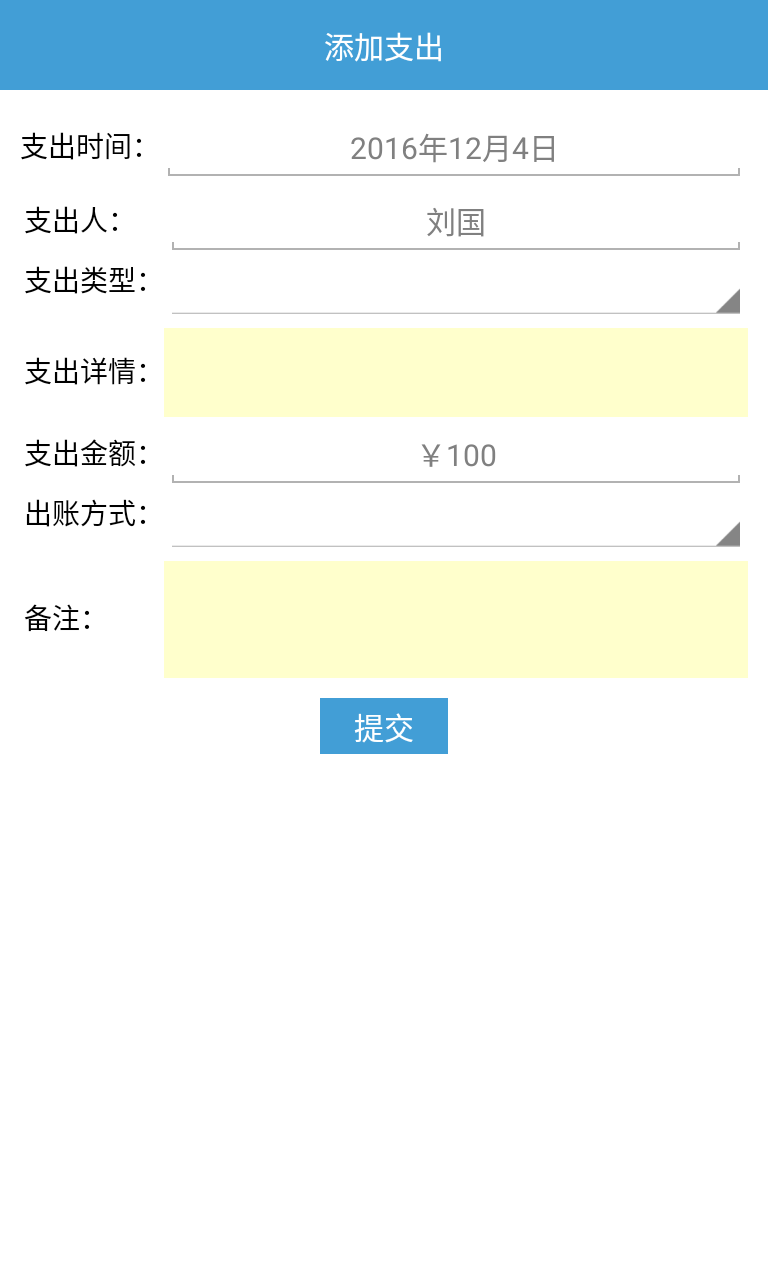
Repository: MySixGad/MyBill
Layout: Bill/Bill/res/layout/activity_inset_out_rmb.xml
These files come from the project's save history. The layout is drawn as it stood at one moment and after the next save; the edit follows.
It is drawn on a 768 x 1280 px phone screen (xhdpi) without system bars, with theme AppTheme; the app's code is not run.

Above is the layout before, as saved 2016-12-09 16:27:12.

### Bill/Bill/res/layout/activity_inset_out_rmb.xml
<LinearLayout xmlns:android="http://schemas.android.com/apk/res/android"
    xmlns:tools="http://schemas.android.com/tools"
    android:layout_width="match_parent"
    android:layout_height="match_parent"
    android:orientation="vertical"
    tools:context=".Inset_inRMBActivity" >

    <TextView
        android:id="@+id/textView1"
        style="@style/Title_1"
        android:text="添加支出" />

    <LinearLayout
        android:layout_width="match_parent"
        android:layout_height="wrap_content"
        android:layout_marginLeft="10dp"
        android:layout_marginRight="10dp"
        android:layout_marginTop="10dp"
        android:orientation="vertical" >

        <LinearLayout
            android:layout_width="match_parent"
            android:layout_height="wrap_content"
            android:orientation="horizontal" >

            <TextView
                android:id="@+id/textView2"
                android:layout_width="70dp"
                android:layout_height="wrap_content"
                android:text="支出时间："
                android:textColor="#000" />

            <EditText
                android:id="@+id/textView2"
                android:layout_width="match_parent"
                android:layout_height="wrap_content"
                android:ems="10"
                android:gravity="center"
                android:hint="2016年12月4日"
                android:inputType="textMultiLine"
                android:textColor="#000"
                android:textSize="15dp" >
            </EditText>
        </LinearLayout>

        <!-- 第二行 -->

        <LinearLayout
            android:layout_width="match_parent"
            android:layout_height="wrap_content"
            android:layout_marginLeft="2dp"
            android:orientation="horizontal" >

            <TextView
                android:id="@+id/textView2"
                android:layout_width="70dp"
                android:layout_height="wrap_content"
                android:text="支出人："
                android:textColor="#000" />

            <EditText
                android:id="@+id/textView2"
                android:layout_width="match_parent"
                android:layout_height="wrap_content"
                android:ems="10"
                android:gravity="center"
                android:hint="刘国"
                android:inputType="textMultiLine"
                android:textColor="#000"
                android:textSize="15dp" >
            </EditText>
        </LinearLayout>

        <LinearLayout
            android:layout_width="match_parent"
            android:layout_height="wrap_content"
            android:layout_marginLeft="2dp"
            android:orientation="horizontal" >

            <TextView
                android:id="@+id/textView2"
                android:layout_width="wrap_content"
                android:layout_height="wrap_content"
                android:gravity="center"
                android:text="支出类型："
                android:textColor="#000" />

            <Spinner
                android:id="@+id/in_sos"
                android:layout_width="match_parent"
                android:layout_height="wrap_content"
                android:gravity="center" />
        </LinearLayout>

        <LinearLayout
            android:layout_width="match_parent"
            android:layout_height="wrap_content"
            android:layout_marginLeft="2dp"
                        android:layout_marginTop="3dp"
            android:orientation="horizontal" >

            <TextView
                android:id="@+id/textView2"
                android:layout_width="70dp"
                android:layout_height="wrap_content"
                android:text="支出详情："
                android:textColor="#000" />

            <EditText
                android:id="@+id/textView2"
                android:layout_width="match_parent"
                android:layout_height="wrap_content"
                android:background="#ffffcc"
                android:inputType="textMultiLine"
                android:maxLines="10"
                android:minLines="3"
                android:scrollbars="vertical"
                android:textColor="#000"
                android:textSize="12dp" />
        </LinearLayout>

        <LinearLayout
            android:layout_width="match_parent"
            android:layout_height="wrap_content"
            android:layout_marginLeft="2dp"
            android:orientation="horizontal" >

            <TextView
                android:id="@+id/textView2"
                android:layout_width="70dp"
                android:layout_height="wrap_content"
                android:text="支出金额："
                android:textColor="#000" />

            <EditText
                android:id="@+id/textView2"
                android:layout_width="match_parent"
                android:layout_height="wrap_content"
                android:gravity="center"
                android:hint="￥100"
                android:inputType="textMultiLine"
                android:textColor="#000"
                android:textSize="15dp" />
        </LinearLayout>

        <LinearLayout
            android:layout_width="match_parent"
            android:layout_height="wrap_content"
            android:layout_marginLeft="2dp"
            android:orientation="horizontal" >

            <TextView
                android:id="@+id/textView2"
                android:layout_width="wrap_content"
                android:layout_height="wrap_content"
                android:gravity="center"
                android:text="出账方式："
                android:textColor="#000" />

            <Spinner
                android:id="@+id/in_way"
                android:layout_width="match_parent"
                android:layout_height="wrap_content"
                android:gravity="center" />
        </LinearLayout>

        <LinearLayout
            android:layout_width="match_parent"
            android:layout_height="wrap_content"
            android:layout_marginLeft="2dp"
                        android:layout_marginTop="3dp"
            android:orientation="horizontal" >

            <TextView
                android:id="@+id/textView2"
                android:layout_width="70dp"
                android:layout_height="wrap_content"
                android:text="备注："
                android:textColor="#000" />

            <EditText
                android:id="@+id/textView2"
                android:layout_width="match_parent"
                android:layout_height="wrap_content"
                android:background="#ffffcc"
                android:inputType="textMultiLine"
                android:maxLines="10"
                android:minLines="4"
                android:scrollbars="vertical"
                android:textColor="#000"
                android:textSize="12dp" />
        </LinearLayout>
    </LinearLayout>

    <Button
        android:id="@+id/button1"
        style="@style/Title_1"
        android:layout_width="wrap_content"
        android:layout_height="28dp"
        android:layout_gravity="center"
        android:layout_marginTop="10dp"
        android:text="提交" />

</LinearLayout>

### Bill/Bill/res/values/styles.xml
<resources>

    <style name="AppBaseTheme" parent="android:Theme.Light"></style>

    <style name="AppTheme" parent="AppBaseTheme"></style>

    <style name="Title_1">
        <item name="android:gravity">center</item>
        <item name="android:textColor">#fff</item>
        <item name="android:textSize">15sp</item>
        <item name="android:layout_width">match_parent</item>
        <item name="android:layout_height">45dp</item>
        <item name="android:background">#429ED6</item>
    </style>

     <style name="Button_1">
        <item name="android:textColor">#fff</item>
        <item name="android:textSize">12sp</item>
        <item name="android:background">#429ED6</item>
    </style>


       <!-- 覆盖系统的 -->
    <!-- 归属地风格dialog的样式 -->
    <style name="addrdialog" parent="@android:style/Theme.Dialog">
        <item name="android:windowNoTitle">true</item>
        <!-- 去标题栏 -->
        <item name="android:windowBackground">@android:color/white</item>
    </style>




</resources>

Loaded but not shown: Bill/Bill/res/values-v11/styles.xml (common file); Bill/Bill/res/values-v14/styles.xml (common file)

After the next save:
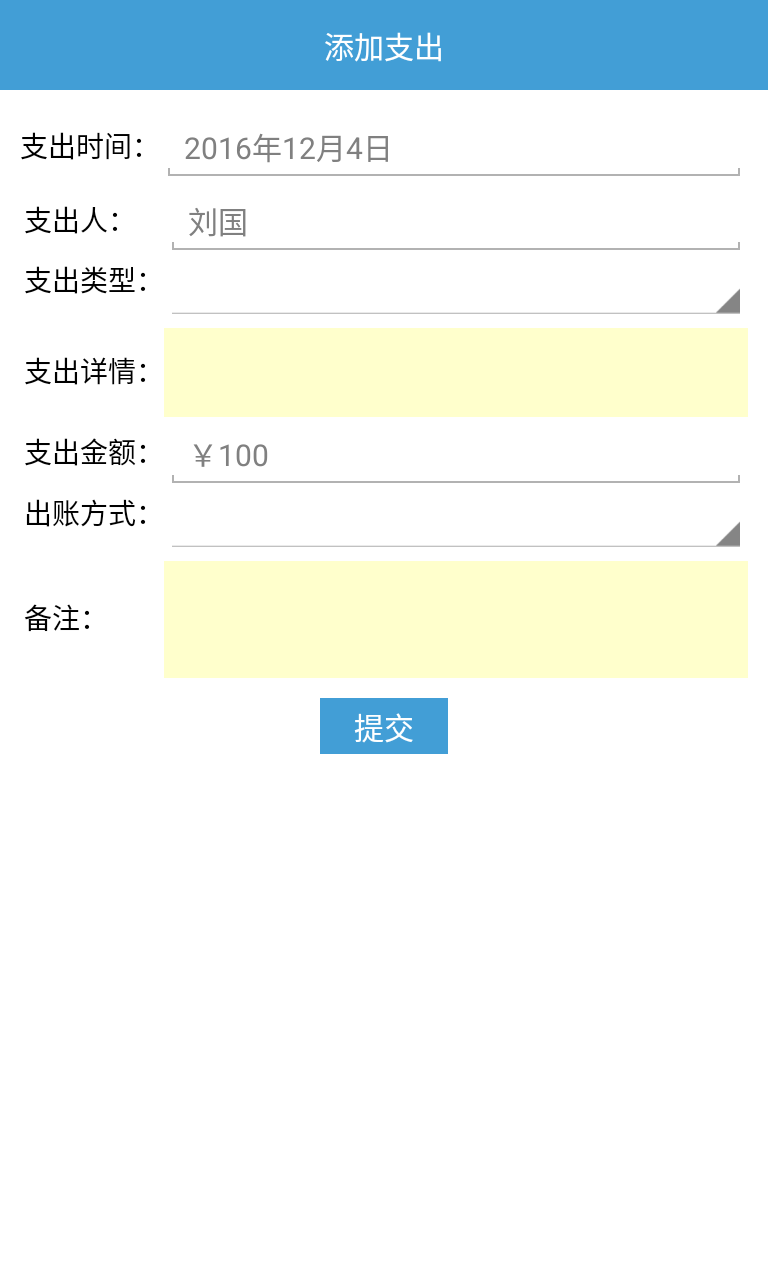
Saved 5 min 35 s later.
--- a/Bill/Bill/res/layout/activity_inset_out_rmb.xml
+++ b/Bill/Bill/res/layout/activity_inset_out_rmb.xml
@@ -35,7 +35,6 @@
                 android:layout_width="match_parent"
                 android:layout_height="wrap_content"
                 android:ems="10"
-                android:gravity="center"
                 android:hint="2016年12月4日"
                 android:inputType="textMultiLine"
                 android:textColor="#000"
@@ -63,7 +62,6 @@
                 android:layout_width="match_parent"
                 android:layout_height="wrap_content"
                 android:ems="10"
-                android:gravity="center"
                 android:hint="刘国"
                 android:inputType="textMultiLine"
                 android:textColor="#000"
@@ -136,7 +134,7 @@
                 android:id="@+id/textView2"
                 android:layout_width="match_parent"
                 android:layout_height="wrap_content"
-                android:gravity="center"
+                android:gravity="left"
                 android:hint="￥100"
                 android:inputType="textMultiLine"
                 android:textColor="#000"
